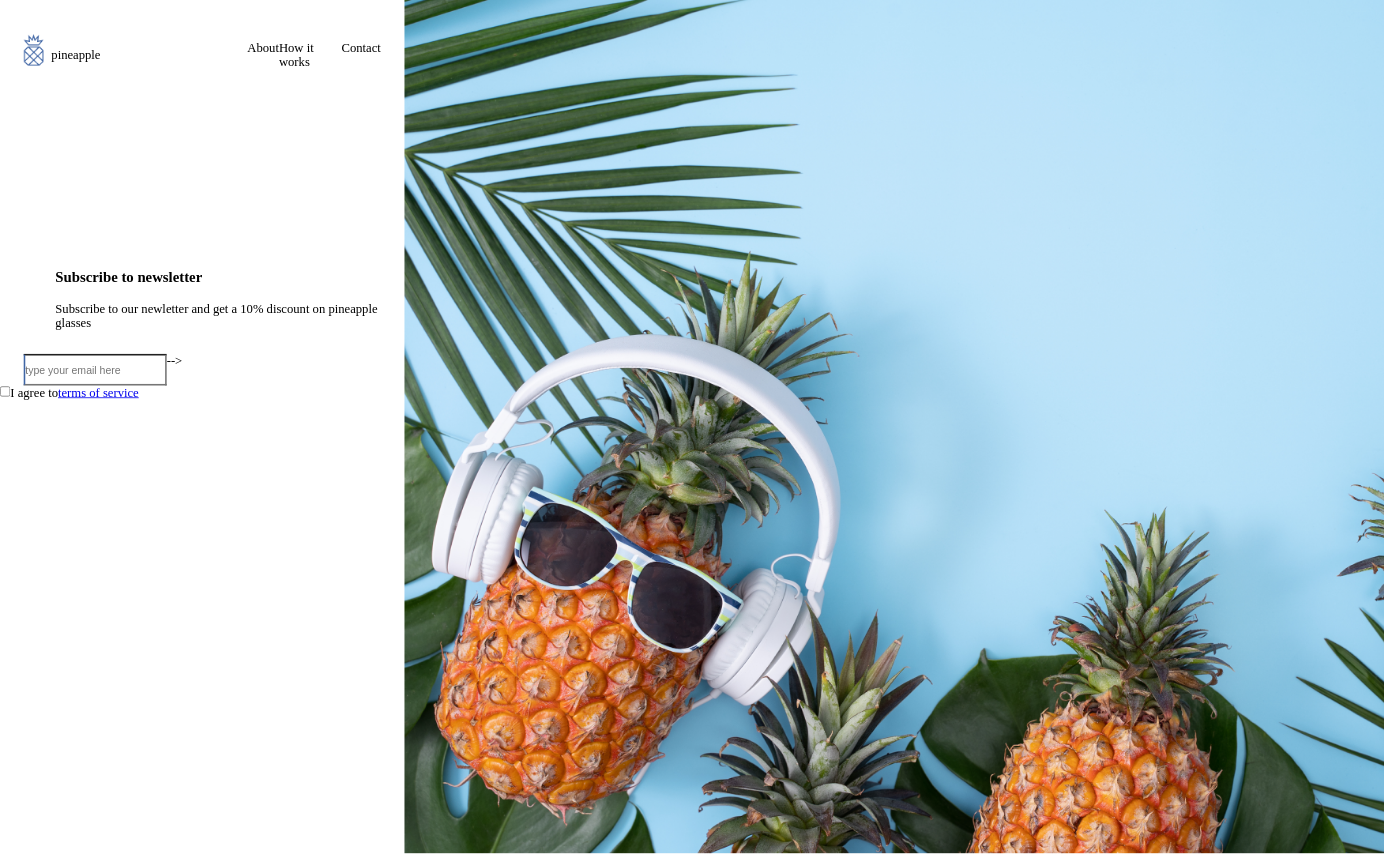
Repository: PaulsBebris/megabit-task
Page: /
These files come from the project's save history. The page is drawn as it stood at one moment and after the next save; the edit follows.
The browser window is 1280 px wide. The page is 1752 px wide, so the pictures cover 1752 px, including what lies to the right of the window. The pictures show the whole page, at 79% of full size.
The project was rebuilt for these pictures with package versions that can differ from the ones it lists, and the page was loaded fresh each time.

Above is the page before, as saved 2021-04-19 11:01:38.

### src/App.vue
<template>
  <div id="app">
    <!-- <div id="nav">
      <router-link to="/">Home</router-link> |
      <router-link to="/about">About</router-link>
    </div> -->
    <router-view/>
  </div>
</template>

<style lang="scss">
// normalize
* {
  padding: 0;
  margin: 0;
  box-sizing: border-box;
}
// #app {
//   font-family: Avenir, Helvetica, Arial, sans-serif;
//   -webkit-font-smoothing: antialiased;
//   -moz-osx-font-smoothing: grayscale;
//   text-align: center;
//   color: #2c3e50;
// }

// #nav {
//   padding: 30px;

//   a {
//     font-weight: bold;
//     color: #2c3e50;

//     &.router-link-exact-active {
//       color: #42b983;
//     }
//   }
// }
</style>

### src/router/index.js
import Vue from 'vue'
import VueRouter from 'vue-router'
import Home from '../views/Home.vue'

Vue.use(VueRouter)

const routes = [
  {
    path: '/',
    name: 'Home',
    component: Home
  }
]

const router = new VueRouter({
  routes
})

export default router

// {
// path: '/about',
// name: 'About',
// route level code-splitting
// this generates a separate chunk (about.[hash].js) for this route
// which is lazy-loaded when the route is visited.
// component: () => import(/* webpackChunkName: "about" */ '../views/About.vue')
// }

### src/views/Home.vue
<template>
  <div class="home">
    <div class="base">
      <div class="header-wrapper">
        <div class="logo">
          <img src="../assets/img/pineapple.png" alt="">
          <span>pineapple</span>
        </div>
        <div class="main-menu">
          <div>About</div>
          <div>How it works</div>
          <div>Contact</div>
        </div>
      </div>
      <div class="content-wrapper">
        <h3>Subscribe to newsletter</h3>
        <p>Subscribe to our newletter and get a 10% discount on pineapple glasses</p>
      </div>
      <div class="subscribe-form-wrapper">
        <input type="text" placeholder="type your email here" @click="onSubscribe" v-model="email" >
        <div class="submit-btn">
          <span>--></span>
        </div>
      </div>
      <div class="terms-of-use">
        <input type="checkbox" name="agreedOnTerms" id="">I agree to<a href="#">terms of service</a>
      </div>
      <div class="social-wrapper"></div>
    </div>
    <div class="base-image">
      <img :src=sommer alt="">
    </div>
  </div>
</template>

<script>
import sommer from '@/assets/img/sommer.png'

export default {
  name: 'Home',
  components: {},
  data () {
    return {
      sommer,
      email: ''
    }
  },
  methods: {
    onSubscribe () {
      // axios send data
    }
  }
}
</script>

<style lang="scss" scoped>
@import "../assets/scss/defaults.scss";
.home {
  display: grid;
  grid-template-columns: 3fr 1fr;
  grid-template-rows: 100vh;
  max-height: 1080px;
  // color: $blue;
}
.base {
  width: 40vw;
  height: 1080px;
}
.base-image {
  width: 60vw;
}
.base-image img {
  max-height: 1080px;
}
.header-wrapper {
  display: flex;
  justify-content: space-between;
  margin: 50px 0 250px 0;
  align-items: center;
}
.logo {
  margin-left: 30px;
  display: flex;
  align-items: center;
}
.logo img {
  margin-right: 10px;
  position: relative;
  top: -7px;
}
.main-menu {
  margin-right: 30px;
  display: flex;
  justify-content: space-between;
  width: 33%;
}
.content-wrapper {
  margin-left: 70px;
}
.content-wrapper :first-child {
  margin-bottom: 20px;
}
.content-wrapper p {
  margin-bottom: 30px;
}
.subscribe-form-wrapper {
  display: flex;
  width: 107%;
}
.subscribe-form-wrapper input {
  border-left: 2px solid $blue;
  margin-left: 30px;
  height: 40px;
  z-index: 2;
  // width: 95%;
}

// mobile
@media screen and (max-width: 1024px) {
  .base-image {
    display: none;
  }
  .base {
    width: 100vw;
    background-image: url('../assets/img/sommer.png');
    background-repeat: no-repeat;
    background-position: center;
    background-attachment: fixed;
    background-size: cover;
    max-height: 746px;
  }
}
</style>

### src/assets/scss/_defaults.scss
$blue: #4066A5;
$black: #131821;
$grey: #6A707B;
$ligt-grey: #E3E3E4;
$light-blue: #F2F5FA;

Loaded but not shown: public/index.html (common file); src/main.js (common file); src/store/index.js (common file)

After the next save:
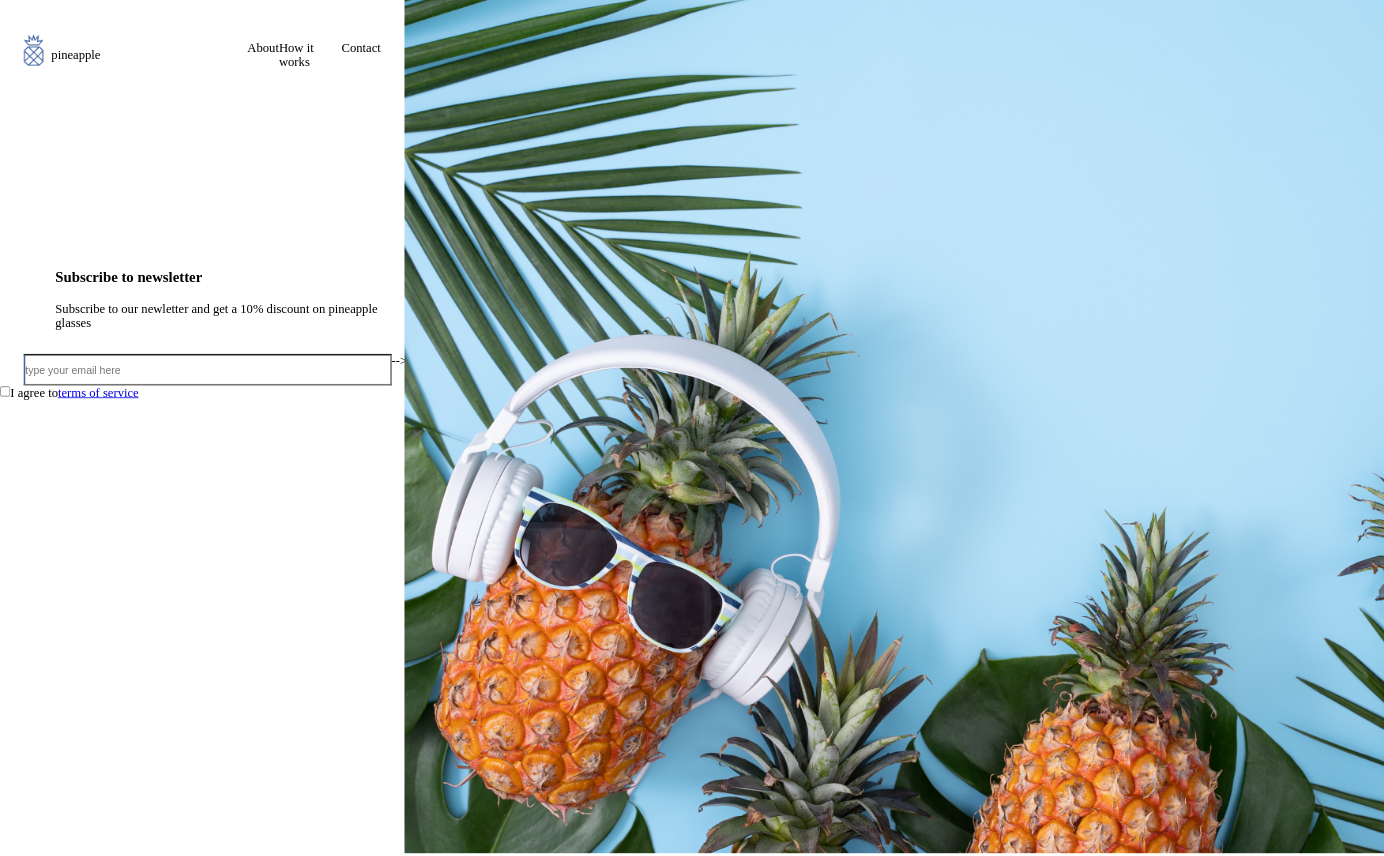
Saved 10 s later.
--- a/src/views/Home.vue
+++ b/src/views/Home.vue
@@ -112,7 +112,7 @@ export default {
   margin-left: 30px;
   height: 40px;
   z-index: 2;
-  // width: 95%;
+  width: 85%;
 }
 
 // mobile
